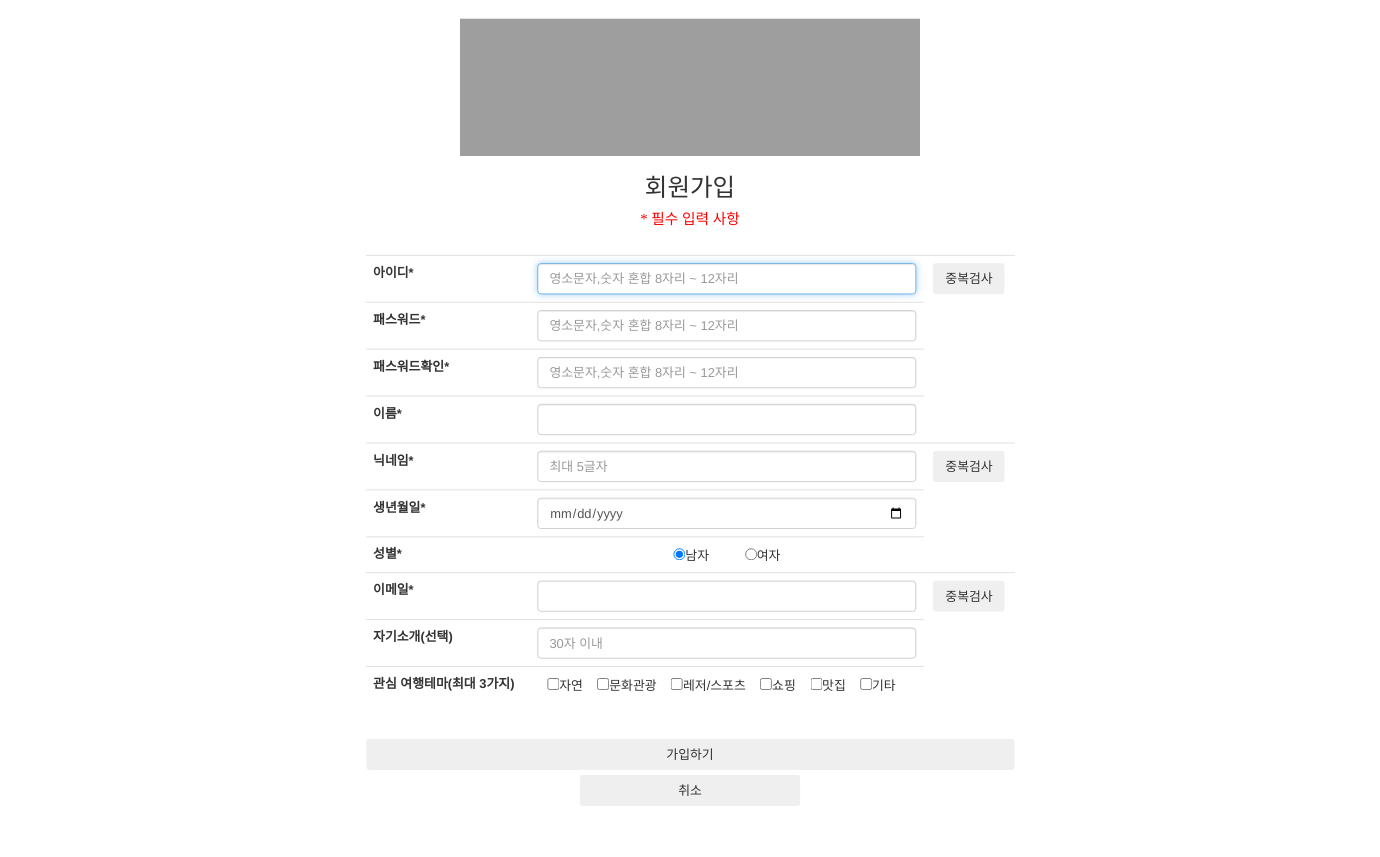
Repository: yhj4130/FinalProject
Page: http://localhost/TogatherProject/WEB-INF/views/login/Join.jsp
The author's editor kept a copy of each file at every save. The page is drawn from the files as they stood at one save, then again after the next save.
The browser window is 1280 px wide. The page is 1500 px wide, so the pictures cover 1500 px, including what lies to the right of the window. The pictures show the whole page, at 92% of full size.
Pictures or frames that could not be fetched are drawn as grey boxes. The page is served by Tomcat 9. Nobody is signed in. The template is opened directly, without the code that normally fills it, so the values that code supplies are empty.

Above is the page before, as saved 2019-07-12 13:06:28.

After the next save:
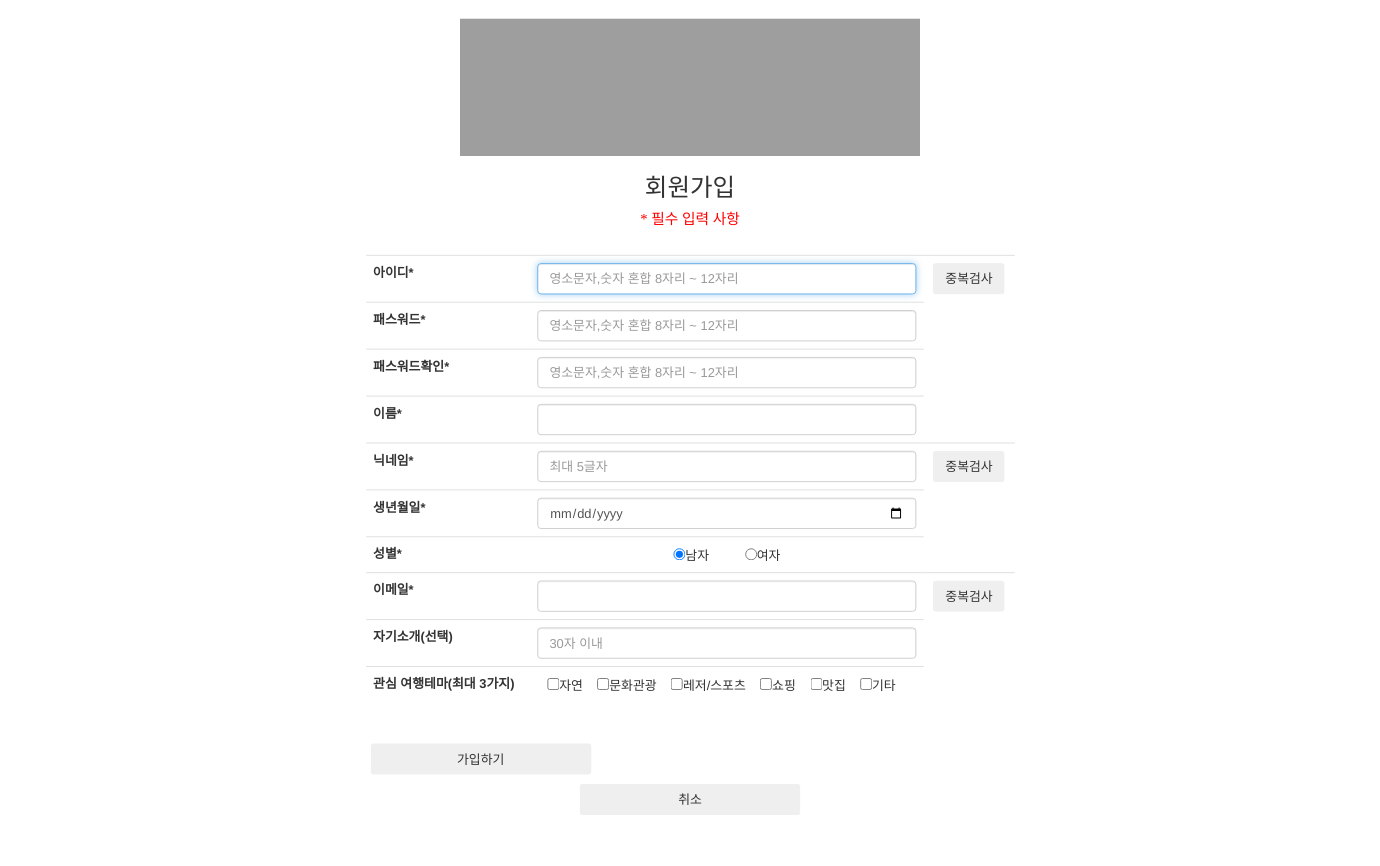
Saved 11 s later.
--- a/TogatherProject/src/main/webapp/WEB-INF/views/login/Join.jsp
+++ b/TogatherProject/src/main/webapp/WEB-INF/views/login/Join.jsp
@@ -125,7 +125,7 @@
 						</table>
 						<br>
 						<div style="margin-bottom: 50px;">
-						<button type="submit" id="join" name="join" class="btn btn-block">가입하기</button>
+						<button type="submit" id="join" name="join" class="btn btn-block" style="width: 240px; margin: 5px;" >가입하기</button>
 						<button type="button" class="btn" style="width: 240px; margin: 5px;" onclick="history.go(-1); return false;">취소</button>
 						</div>
 					</form>
